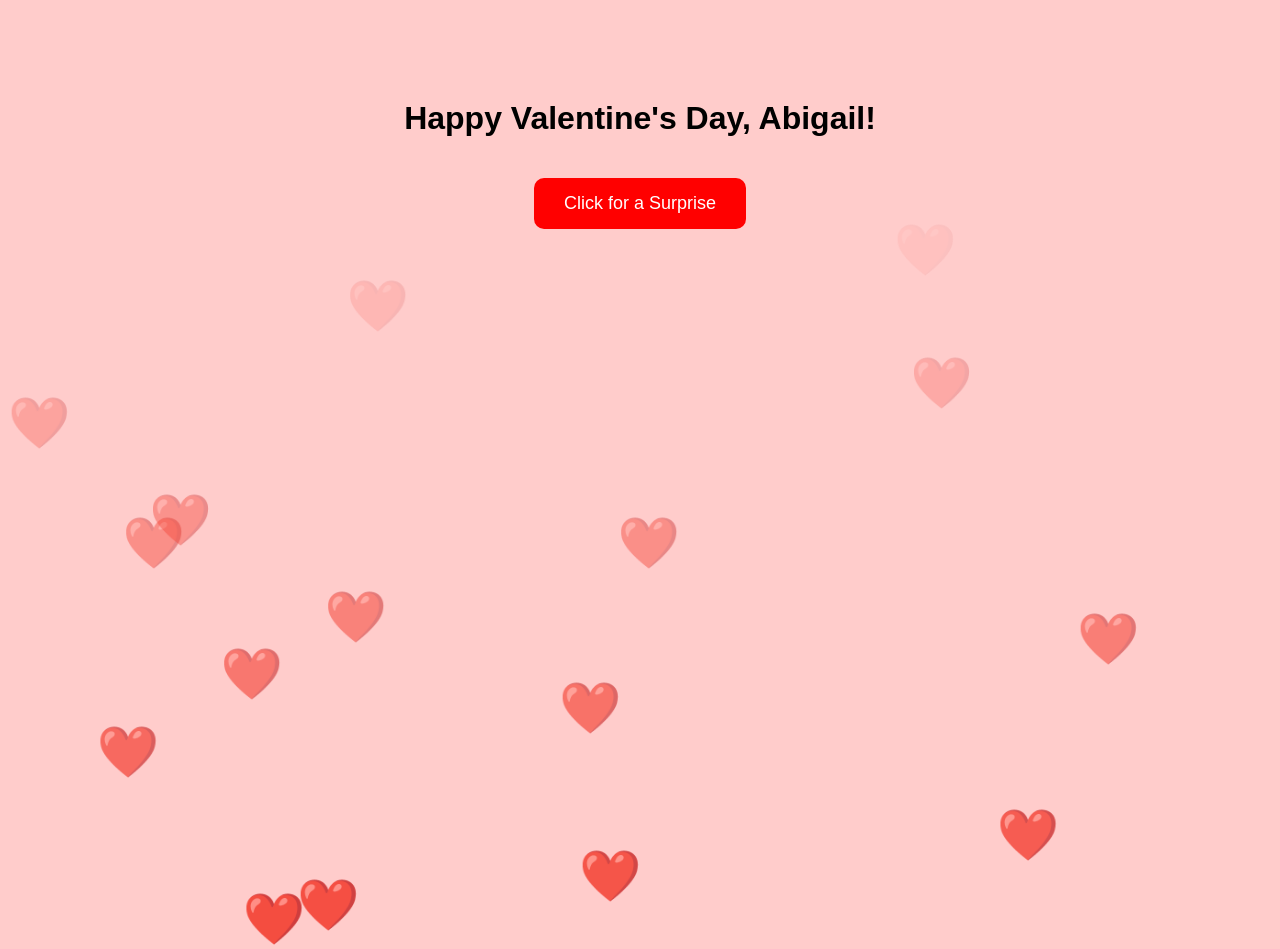
Repository: Jothankato05/Valentine
Page: Valentine/index.html
These files come from the project's save history. The page is drawn as it stood at one moment and after a run of saves; the edit follows.
The browser window is 1280 px wide. The pictures show the whole page.

Above is the page before, as saved 2025-02-14 14:20:40.

After the next 2 saves:
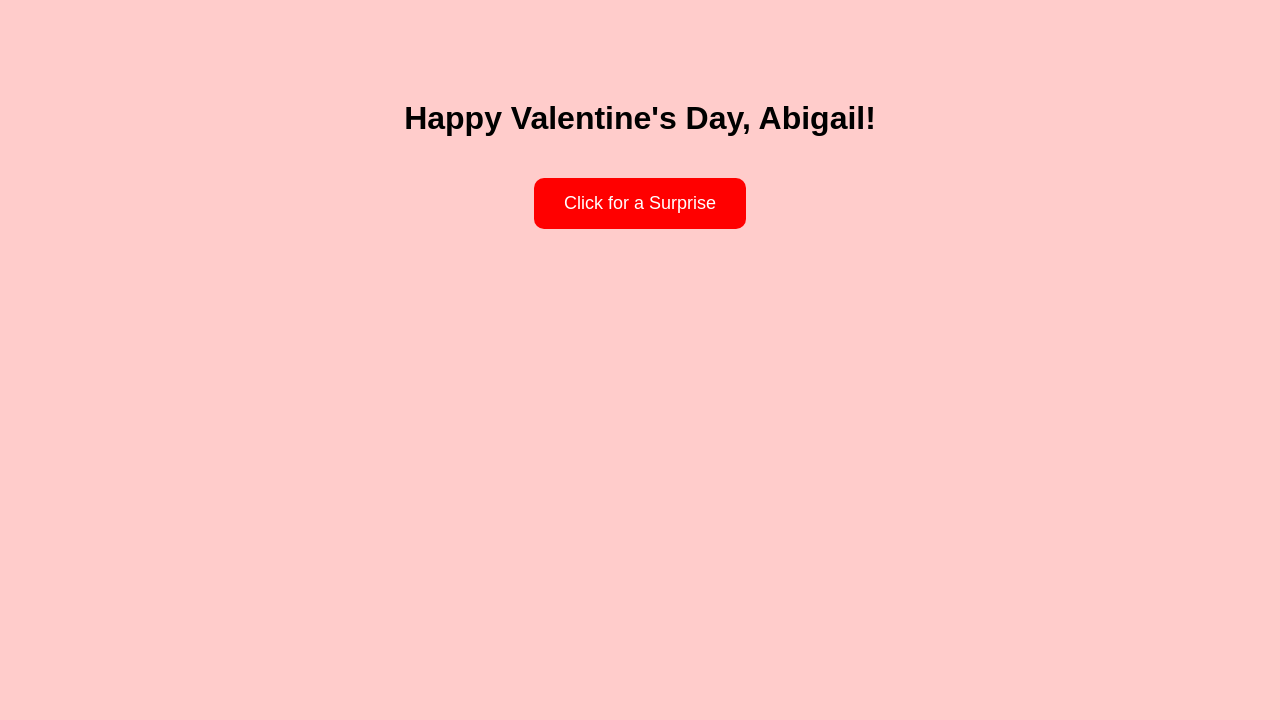
Console error: SyntaxError: Unexpected identifier 'setInterval'
The 2 saves are shown as one change because they came seconds apart.
The last was saved 13 s later.
--- a/Valentine/index.html
+++ b/Valentine/index.html
@@ -3,7 +3,7 @@
   <head>
     <meta charset="UTF-8" />
     <meta name="viewport" content="width=device-width, initial-scale=1.0" />
-    <title>Valentine's Surprise for Abigail</title>
+    <title>Valentine's Surprise for </title>
     <style>
       body {
         background-color: #ffcccb;
@@ -71,7 +71,7 @@
         }, 5000);
       }
 
-      setInterval(createHeart, 300);
+Sta      setInterval(createHeart, 300);
 
       document
         .getElementById("surpriseBtn")
